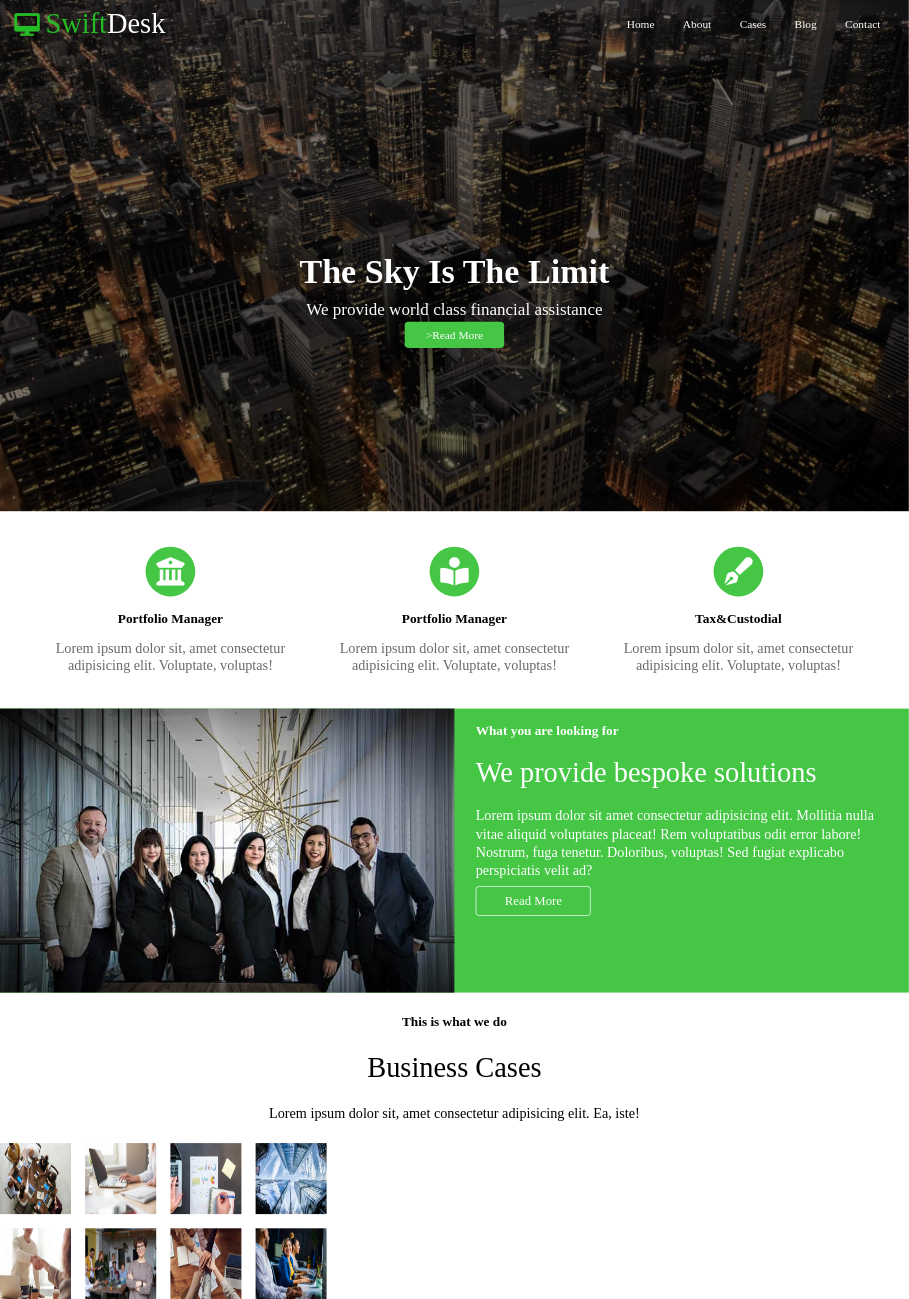
Repository: reemoon-ctrl/swiftdisk-Website-Flexbox
Page: index.html
An editor plug-in stored every save of this project. The page is shown before and after a run of saves, followed by the edit.
The browser window is 1280 px wide. The pictures show the whole page, at 71% of full size.

Above is the page before, as saved 2024-07-27 09:35:29.

After the next 9 saves:
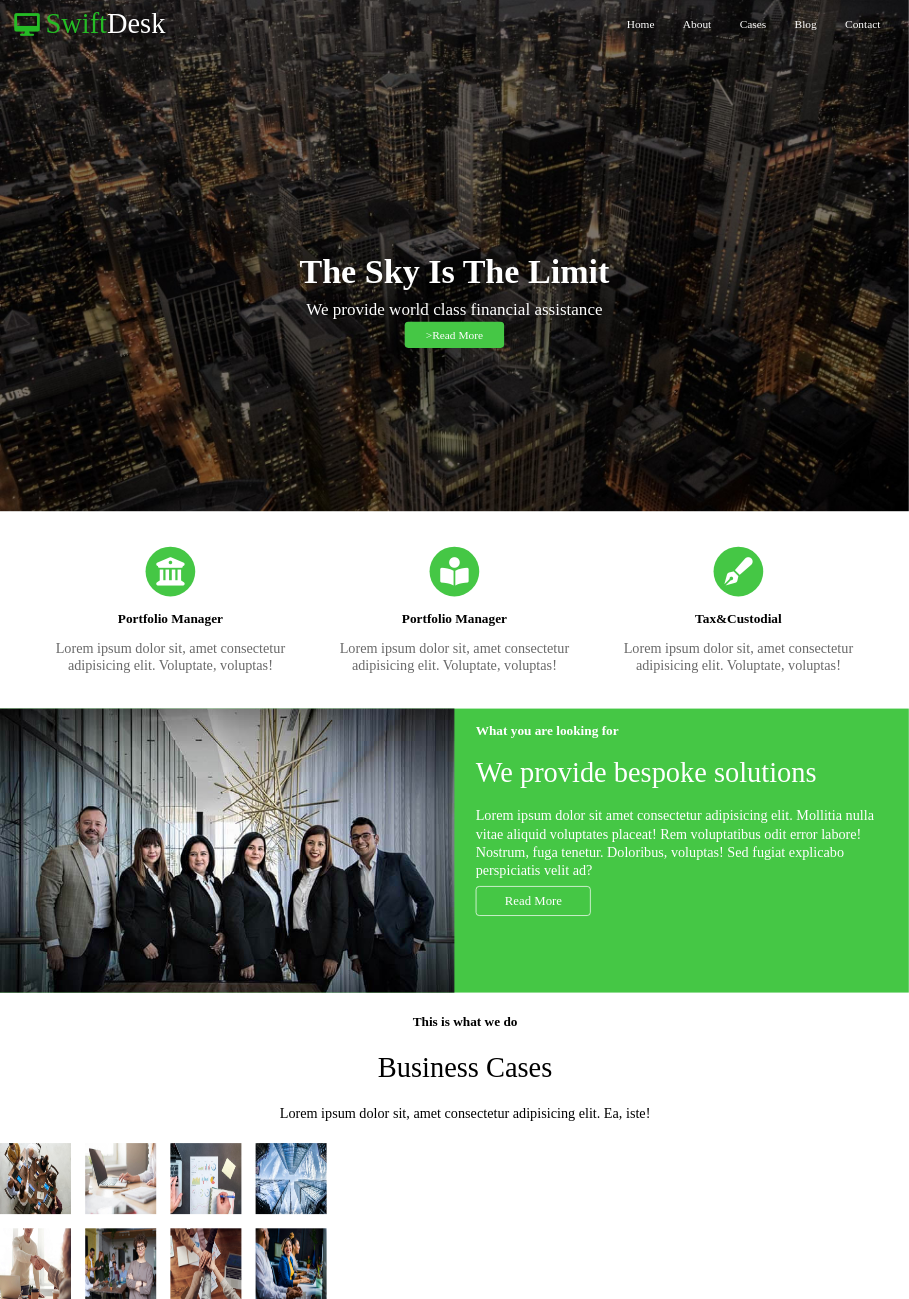
The 9 saves are shown as one change because they came seconds apart.
The last was saved 28 s later.
--- a/index.css
+++ b/index.css
@@ -149,7 +149,8 @@
 }
 .Business-case-content{
     text-align: center;
-
+    padding-left: 30px;
+    padding-right: 30;
 }
 .Business-case-content h3{
     padding: 30px 0px;

After the save that followed:
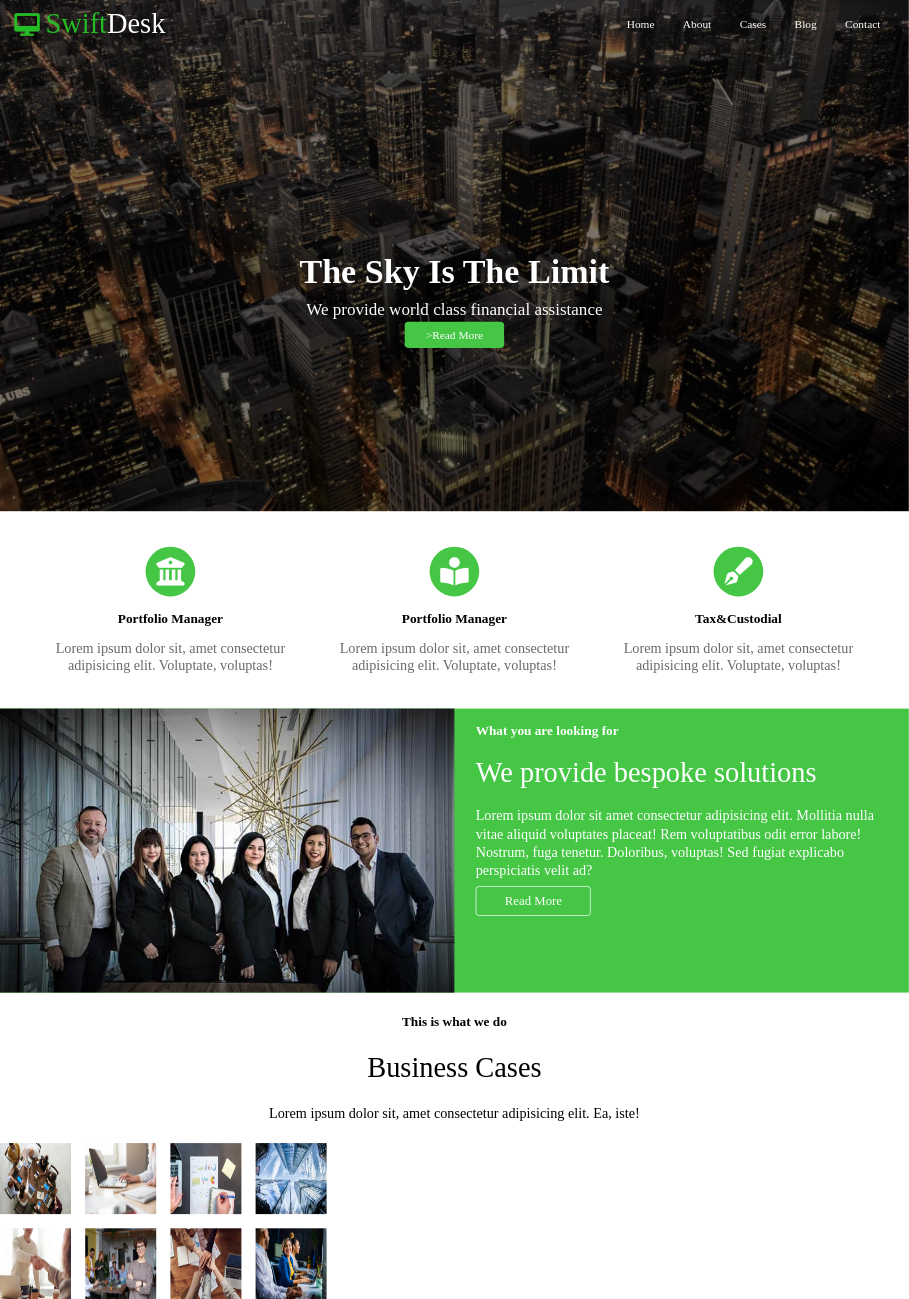
Saved 4 s later.
--- a/index.css
+++ b/index.css
@@ -150,7 +150,7 @@
 .Business-case-content{
     text-align: center;
     padding-left: 30px;
-    padding-right: 30;
+    padding-right: 30px;
 }
 .Business-case-content h3{
     padding: 30px 0px;
